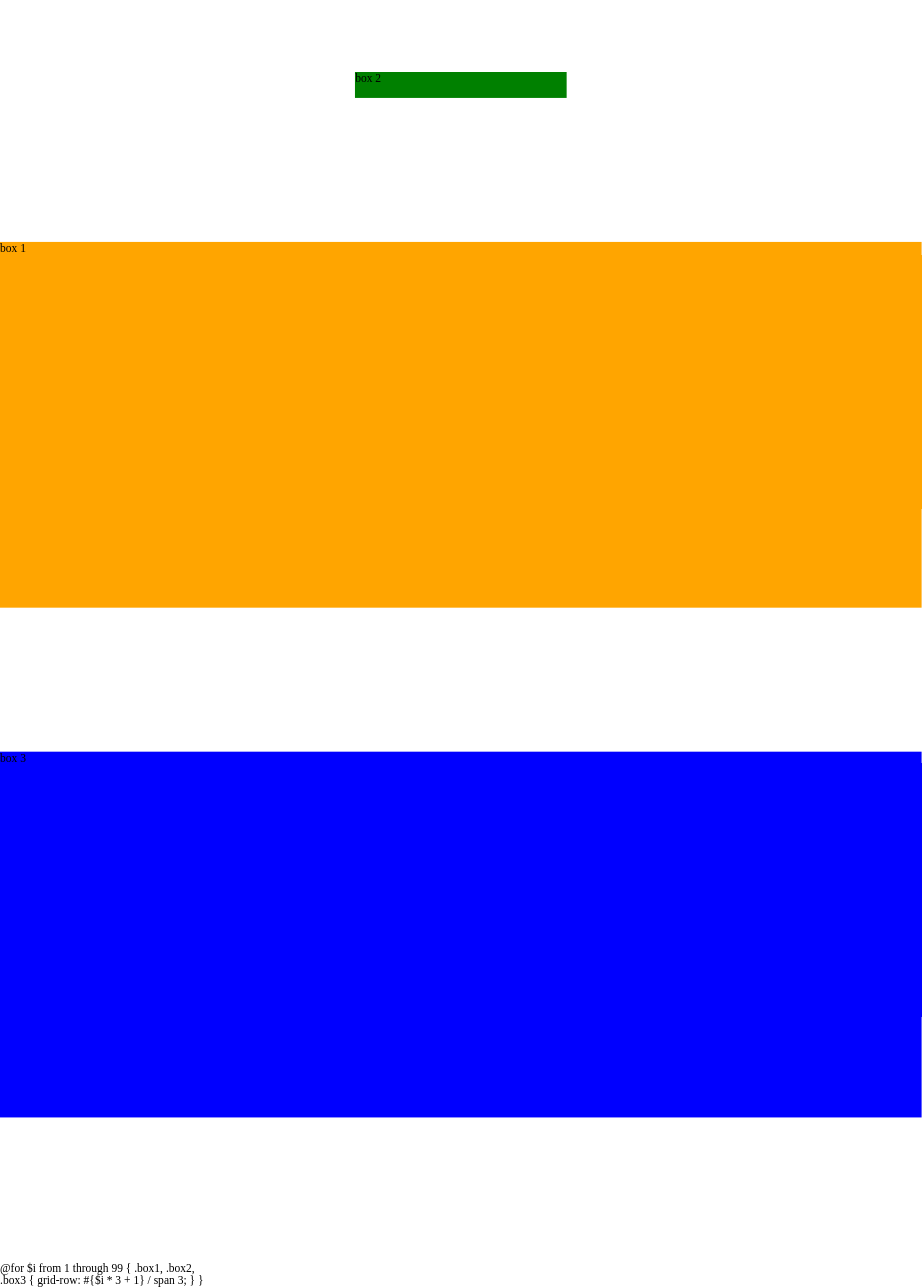
Repository: tianjiewang2022/tianjiewang2022.github.io
Page: index.html
The author's editor kept a copy of each file at every save. The page is drawn from the files as they stood at one save, then again after the next save.
The browser window is 1280 px wide. The pictures show the whole page, at 72% of full size.

Above is the page before, as saved 2023-10-01 21:47:26.

### index.html
<html>

    <head>
        <meta charset="UTF-8">
        <meta name="viewport" content="width=device-width, initial-scale=1.0">
        <title>Your Webpage</title>
        <style>
            body {
                margin: 0;
                padding: 0;
            }

            header {
                background-color: #3498db;
                /* Choose your header color */
                color: white;
                position: fixed;
                top: 0;
                left: 0;
                width: 100%;
                height: 60px;
                /* Adjust the header height as needed */
                display: flex;
                align-items: center;
                justify-content: center;
                z-index: 100;
            }

            .container {
                margin-top: 60px;
                /* Ensure content starts below the header */
                padding: 20px;
            }
        </style>




        <style>
            .grid-container {
                display: grid;
                grid-template-areas:
                    "box1 box2 box3 "
                ;
                grid-template-columns: 1fr 1fr 1fr;
                grid-auto-rows: 1fr;
                grid-gap: 200px;
            }

            .box1 {
                background-color: orange;
                grid-column: 1 / span 3;
                /* Span 3 columns */
                grid-row: span 3;
                /* Span 3 rows */
            }

            .box2 {
                background-color: green;
                grid-row: 1/span 3;
                grid-column: span 3;
                /* Span 3 columns */
                grid-area: box2;

            }

            .box3 {
                grid-area: box3;
                background-color: blue;
                grid-column: span 3;
                /* Span 3 columns */
                grid-row: span 3;
                /* Span 3 rows */
            }
        </style>

    </head>

    <body>

        <div class="container">

        </div>

        <div class="grid-container">
            <span class="box1">
                box 1
            </span>
            <span class="box2">
                box 2
            </span>
            <span class="box3">
                box 3
            </span>
            @for $i from 1 through 99 {
            .box1, .box2, .box3 {
            grid-row: #{$i * 3 + 1} / span 3;
            }
            }



        </div>


    </body>

</html>

After the next save:
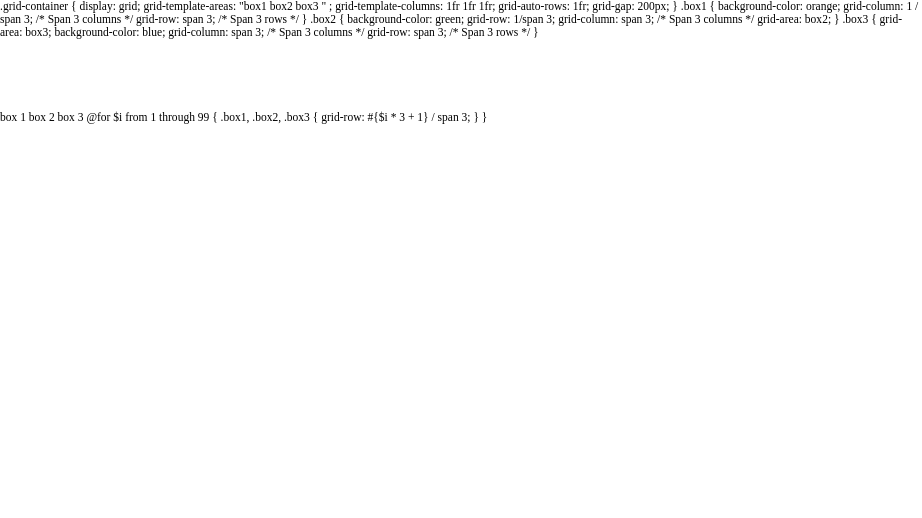
Saved 14 s later.
--- a/index.html
+++ b/index.html
@@ -36,43 +36,43 @@
 
 
 
-        <style>
-            .grid-container {
-                display: grid;
-                grid-template-areas:
-                    "box1 box2 box3 "
-                ;
-                grid-template-columns: 1fr 1fr 1fr;
-                grid-auto-rows: 1fr;
-                grid-gap: 200px;
-            }
 
-            .box1 {
-                background-color: orange;
-                grid-column: 1 / span 3;
-                /* Span 3 columns */
-                grid-row: span 3;
-                /* Span 3 rows */
-            }
+        .grid-container {
+        display: grid;
+        grid-template-areas:
+        "box1 box2 box3 "
+        ;
+        grid-template-columns: 1fr 1fr 1fr;
+        grid-auto-rows: 1fr;
+        grid-gap: 200px;
+        }
 
-            .box2 {
-                background-color: green;
-                grid-row: 1/span 3;
-                grid-column: span 3;
-                /* Span 3 columns */
-                grid-area: box2;
+        .box1 {
+        background-color: orange;
+        grid-column: 1 / span 3;
+        /* Span 3 columns */
+        grid-row: span 3;
+        /* Span 3 rows */
+        }
 
-            }
+        .box2 {
+        background-color: green;
+        grid-row: 1/span 3;
+        grid-column: span 3;
+        /* Span 3 columns */
+        grid-area: box2;
 
-            .box3 {
-                grid-area: box3;
-                background-color: blue;
-                grid-column: span 3;
-                /* Span 3 columns */
-                grid-row: span 3;
-                /* Span 3 rows */
-            }
-        </style>
+        }
+
+        .box3 {
+        grid-area: box3;
+        background-color: blue;
+        grid-column: span 3;
+        /* Span 3 columns */
+        grid-row: span 3;
+        /* Span 3 rows */
+        }
+
 
     </head>
 

After the save that followed:
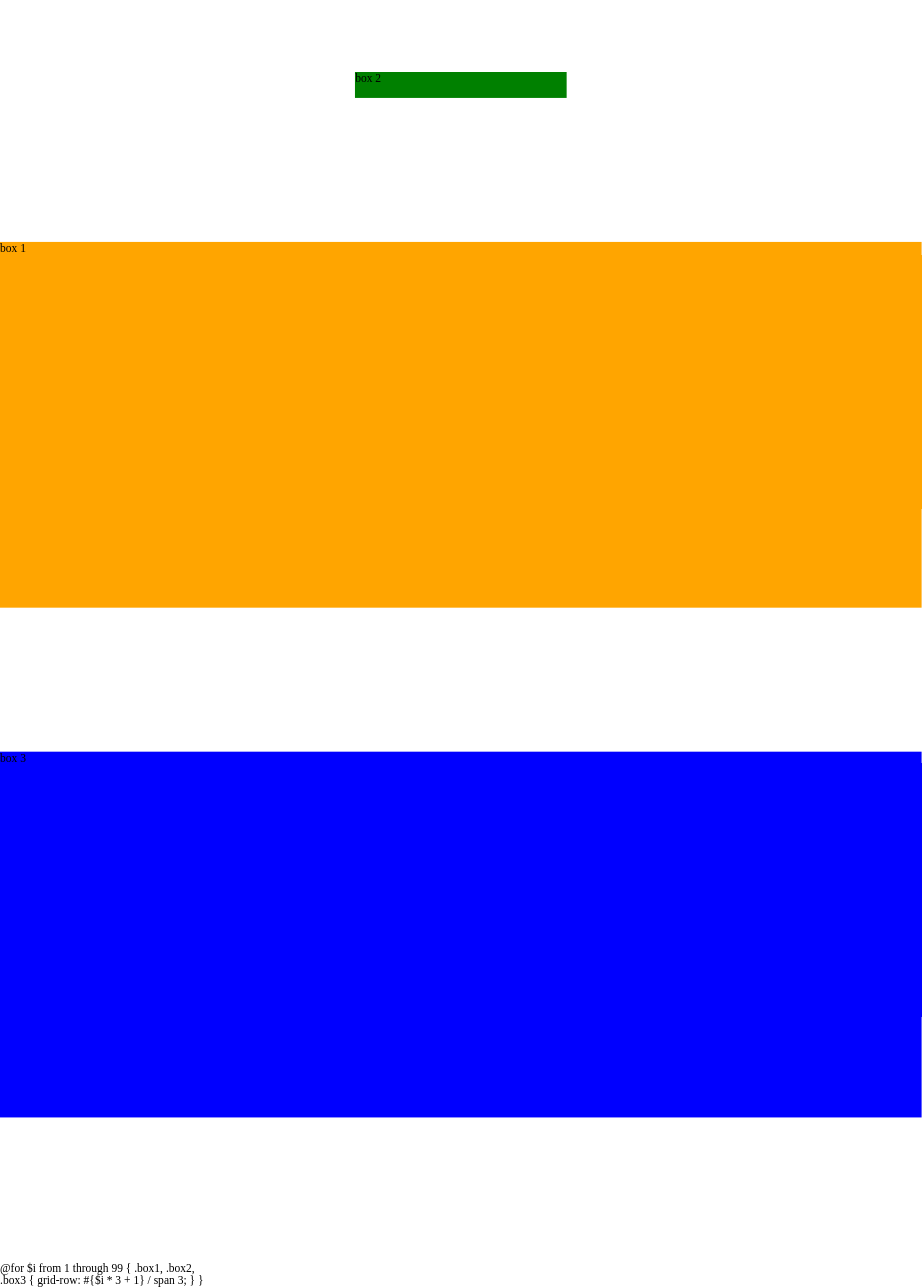
Saved 12 s later.
--- a/index.html
+++ b/index.html
@@ -31,48 +31,48 @@
                 /* Ensure content starts below the header */
                 padding: 20px;
             }
-        </style>
 
 
 
 
 
-        .grid-container {
-        display: grid;
-        grid-template-areas:
-        "box1 box2 box3 "
-        ;
-        grid-template-columns: 1fr 1fr 1fr;
-        grid-auto-rows: 1fr;
-        grid-gap: 200px;
-        }
 
-        .box1 {
-        background-color: orange;
-        grid-column: 1 / span 3;
-        /* Span 3 columns */
-        grid-row: span 3;
-        /* Span 3 rows */
-        }
+            .grid-container {
+                display: grid;
+                grid-template-areas:
+                    "box1 box2 box3 "
+                ;
+                grid-template-columns: 1fr 1fr 1fr;
+                grid-auto-rows: 1fr;
+                grid-gap: 200px;
+            }
 
-        .box2 {
-        background-color: green;
-        grid-row: 1/span 3;
-        grid-column: span 3;
-        /* Span 3 columns */
-        grid-area: box2;
+            .box1 {
+                background-color: orange;
+                grid-column: 1 / span 3;
+                /* Span 3 columns */
+                grid-row: span 3;
+                /* Span 3 rows */
+            }
 
-        }
+            .box2 {
+                background-color: green;
+                grid-row: 1/span 3;
+                grid-column: span 3;
+                /* Span 3 columns */
+                grid-area: box2;
 
-        .box3 {
-        grid-area: box3;
-        background-color: blue;
-        grid-column: span 3;
-        /* Span 3 columns */
-        grid-row: span 3;
-        /* Span 3 rows */
-        }
+            }
 
+            .box3 {
+                grid-area: box3;
+                background-color: blue;
+                grid-column: span 3;
+                /* Span 3 columns */
+                grid-row: span 3;
+                /* Span 3 rows */
+            }
+        </style>
 
     </head>
 
